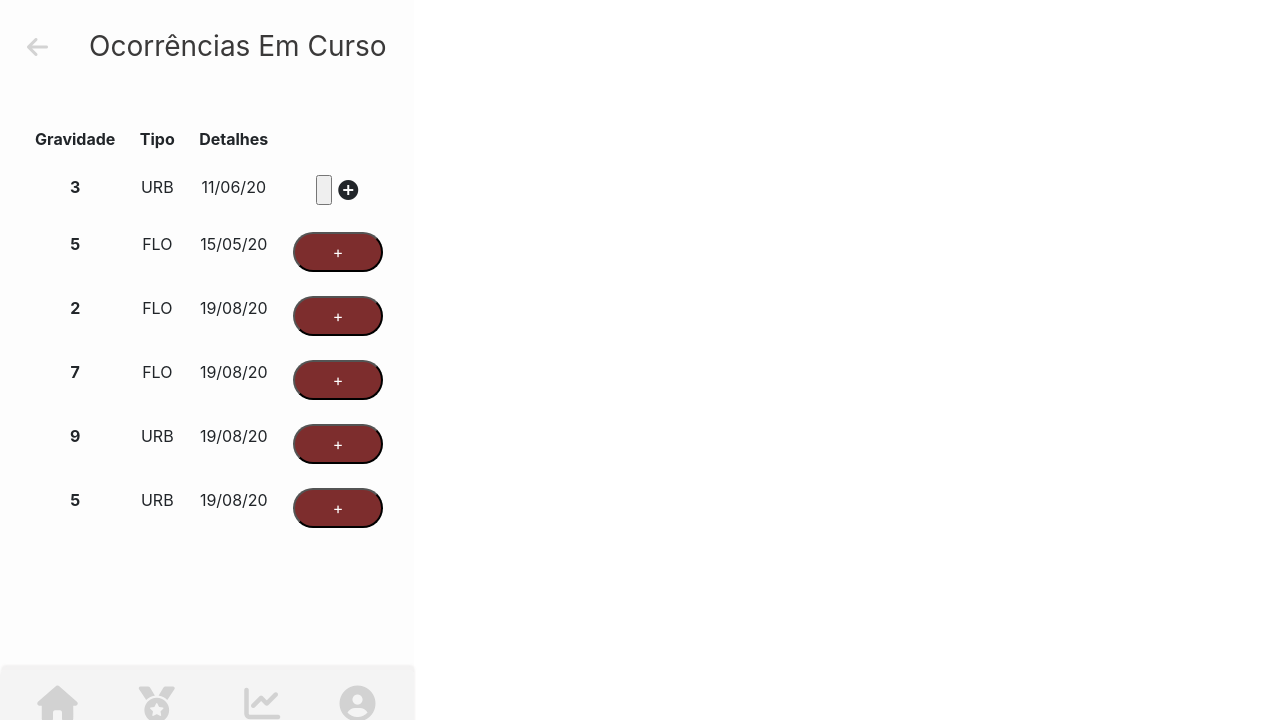
Repository: grupodetrabalhoeficiente/D213
Page: D213/Frontend/OcorrenciasEmCurso.html
The author's editor kept a record of every edit. The page is drawn from the files as they stood at one moment, then again after the next edit.
The browser window is 1280 px wide. The pictures show the whole page.
The page's requests for data from a server got no answer. Some web libraries are served in a nearby version.

Above is the page before.

After the next edit:
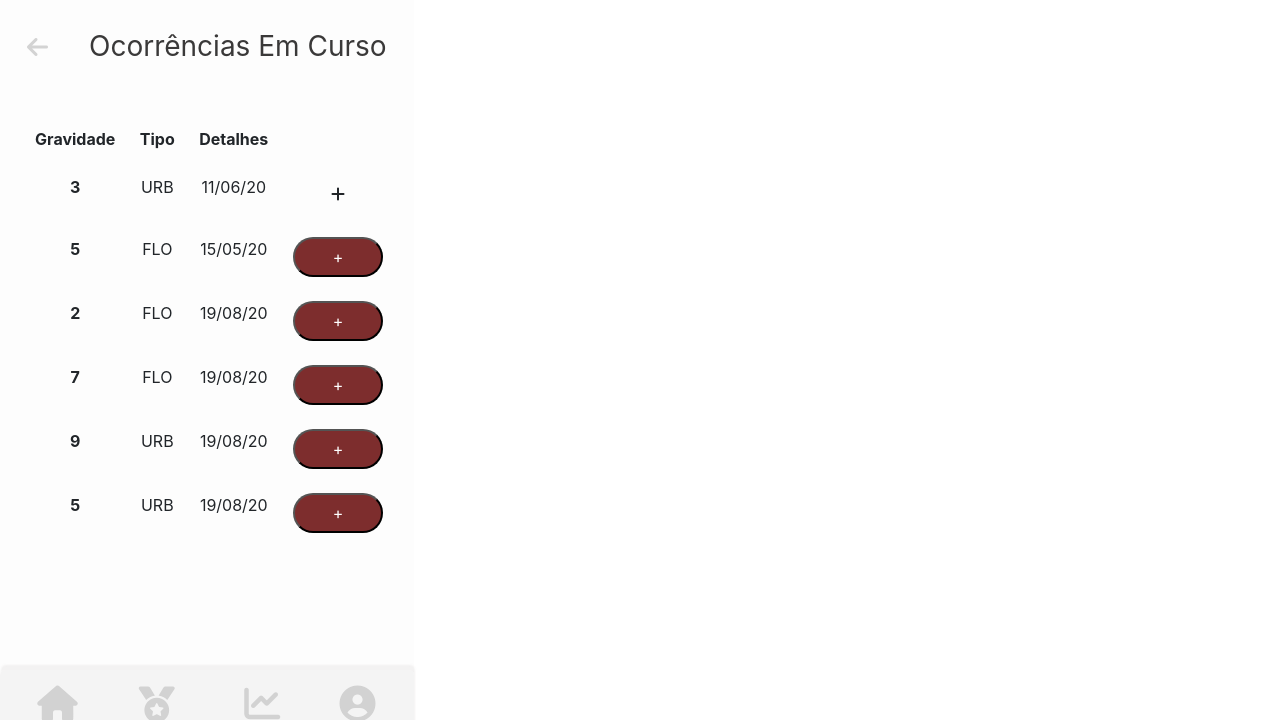
The edit:
--- a/D213/Frontend/OcorrenciasEmCurso.html
+++ b/D213/Frontend/OcorrenciasEmCurso.html
@@ -35,11 +35,7 @@
       <td>URB</td>
       <td>11/06/20</td>
       <td>
-          <input type="button" class="material-icons" add_circle>
-          <span class="material-icons">
-                add_circle
-           </span>
-          </input>
+          <button class="btn"><i class="fas fa-plus"></i></button>
       </td>
     </tr>
     <tr>
